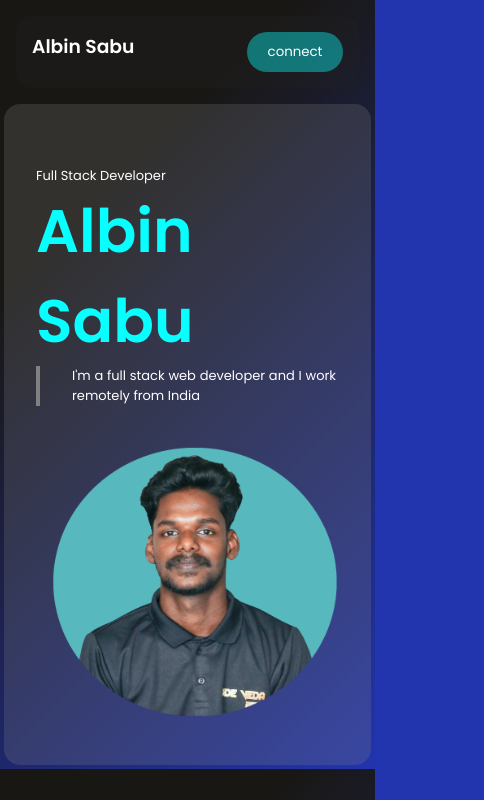
Repository: albinsabu2023/personalwebsite
Page: index.html
These files come from the project's save history. The page is drawn as it stood at one moment and after the next save; the edit follows.
The browser window is 375 px wide. The page is 375 px wide, then 484 px, so the pictures cover 484 px, including what lies to the right of the window. The pictures show the whole page.

Above is the page before, as saved 2023-09-02 17:43:28.

After the next save:
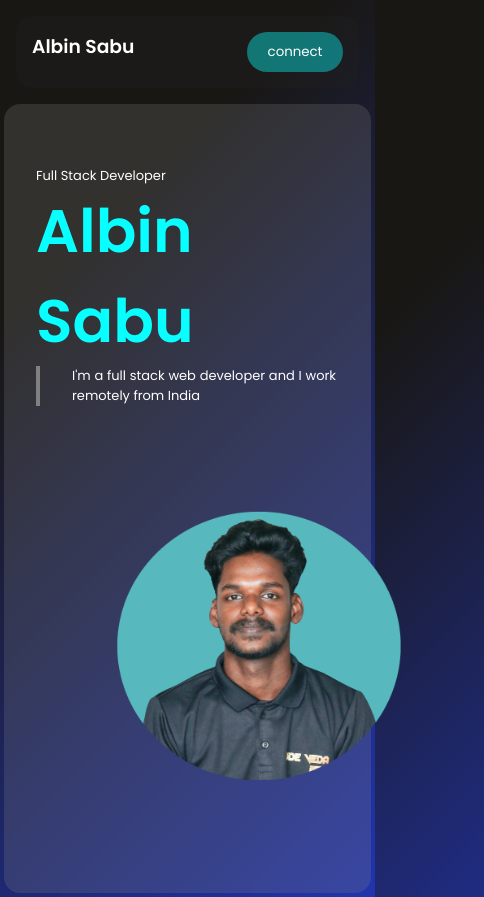
Saved 11 s later.
--- a/media.css
+++ b/media.css
@@ -20,9 +20,7 @@
         font-size: 60px;
     }
     .profile__img img{
-
-        align-items: center;
-        justify-content: center;
+       padding: 4rem;
     }
 }
 
